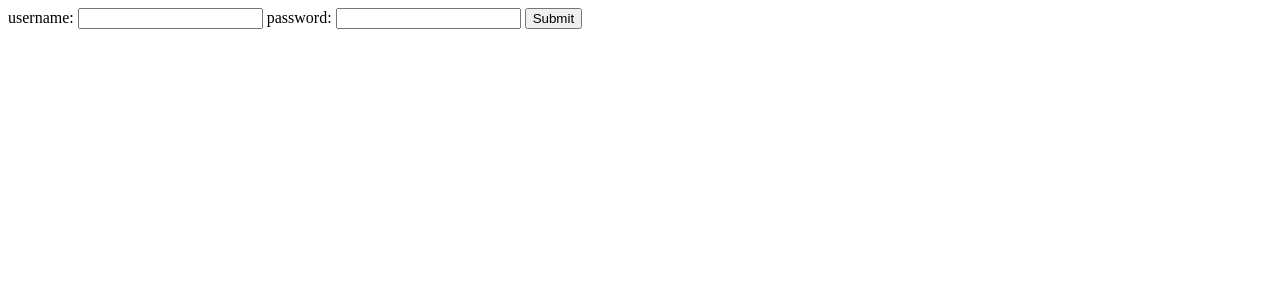
Repository: htalesra567/push1
Page: ShoppingStore/src/main/webapp/register.html
An editor plug-in stored every save of this project. The page is shown before and after the next save, followed by the edit.
The browser window is 1280 px wide. The pictures show the whole page.

Above is the page before, as saved 2024-12-16 10:23:31.

### ShoppingStore/src/main/webapp/register.html
<!DOCTYPE html>
<html>
<head>
<meta charset="UTF-8">
<title>register</title>
</head>
<body>
	<form action="Authenticate" method="post">
		username: <input type="text" name="username"/>
		password: <input type="text" name="password"/>
		<input type="submit"/>
	</form>
</body>
</html>

After the next save:
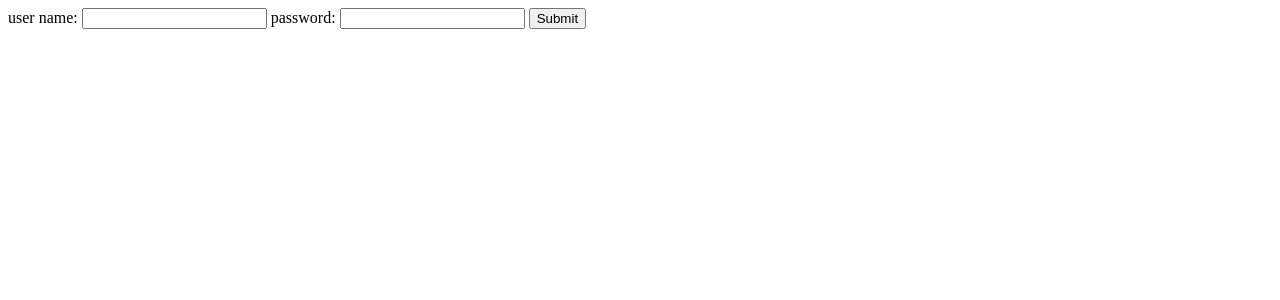
Saved 28 s later.
--- a/ShoppingStore/src/main/webapp/register.html
+++ b/ShoppingStore/src/main/webapp/register.html
@@ -6,7 +6,7 @@
 </head>
 <body>
 	<form action="Authenticate" method="post">
-		username: <input type="text" name="username"/>
+		user name: <input type="text" name="username"/>
 		password: <input type="text" name="password"/>
 		<input type="submit"/>
 	</form>
